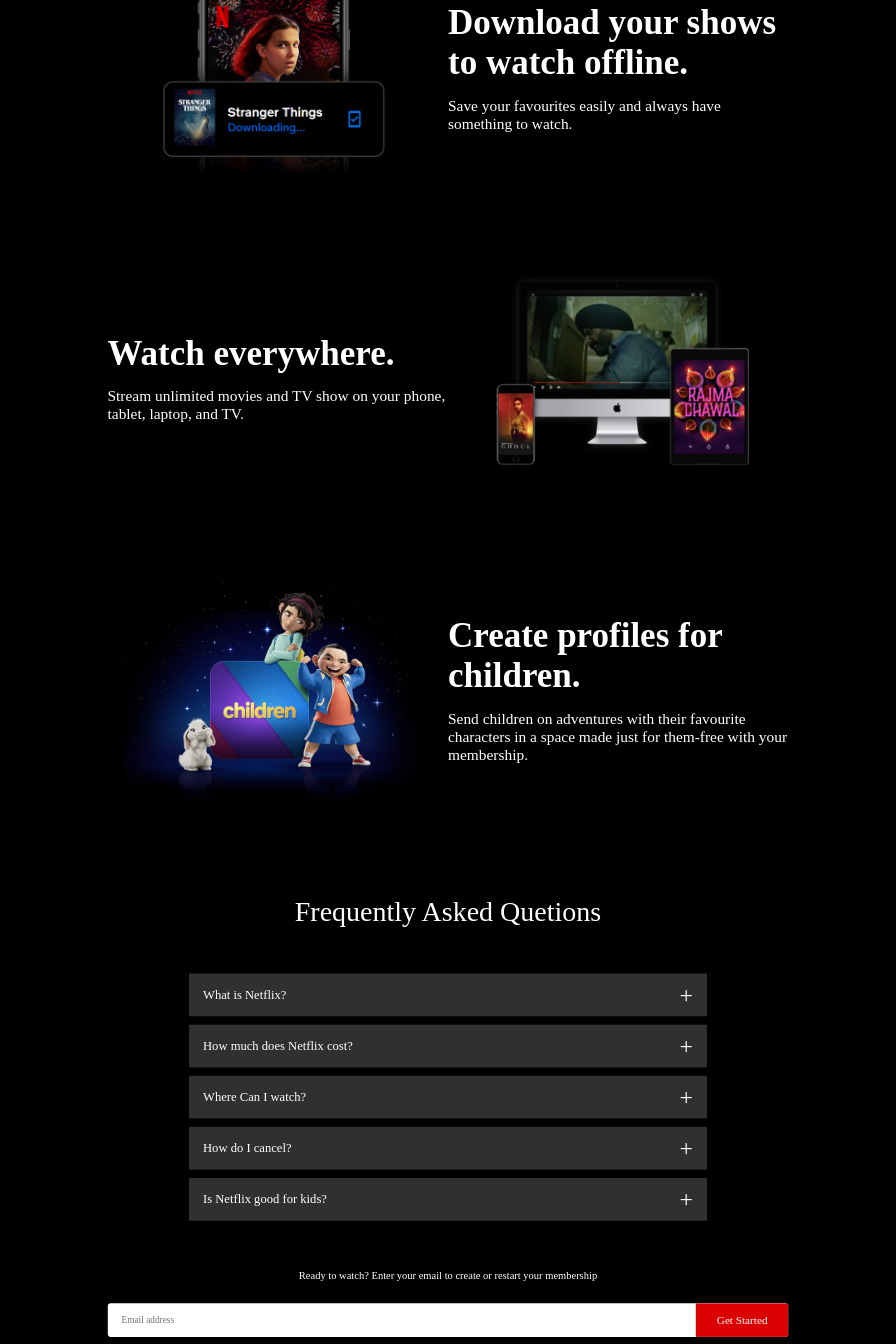
Repository: kiranjeetkaur01/netflixclone.github.io
Page: index.html
The author's editor kept a copy of each file at every save. The page is drawn from the files as they stood at one save, then again after the next save.
The browser window is 1280 px wide. The pictures show the part of the page from y = 1337 to 3257 px (the page is 3257 px tall), at 70% of full size.

Above is the page before, as saved 2023-09-11 18:35:47.

### index.html
<!DOCTYPE html>
<html lang="en">
<head>
    <meta charset="UTF-8">
    <meta name="viewport" content="width=device-width, initial-scale=1.0">
    <title>Netflix Clone</title>
    <link rel="stylesheet" href="style.css">
</head>
<body>
   <div class="header">
<nav>
    <img src="./logo.png" alt="" class="logo">
    <div>
        <button class="language-btn">English <img src="./down-icon.png" alt=""></button>
        <button>Sign In</button>
    </div>
</nav>
<div class="header-content">
    <h1>Laughter. &nbsp;Tears.&nbsp; Thrills.&nbsp; Find it all on <br>Netflix.</h1>
    <h3>Watch anywhere. Cancel anytime.</h3>
    <p>Ready to watch? Enter your email to create or restart your membership.</p>
    <form class="email-signup">
        <input type="email" placeholder="Email address" required>
        <button type="submit">Get Started</button>
    </form>

</div>
   </div>
   <div class="features">
    <div class="row">
        <div class="text-col">
            <h2>Enjoy on your TV</h2>
            <P>Watch on smart TVs,PlayStation,Xbox,Chromecast,Apple TV,blu-ray players and more.</P>
        </div>
        <div class="img-col">
            <img src="./feature-1.png" alt="">
        </div>
    </div>
    <div class="row">
        <div class="img-col">
            <img src="./feature-2.png" alt="">
        </div>
        <div class="text-col">
            <h2>Download your shows to watch offline.</h2>
            <P>Save your favourites easily and always have something to watch.</P>
        </div>

    </div>
    <div class="row">
        <div class="text-col">
            <h2>Watch everywhere.</h2>
            <P>Stream unlimited movies and TV show on your phone, tablet, laptop, and TV.</P>
        </div>
        <div class="img-col">
            <img src="./feature-3.png" alt="">
        </div>
    </div>
    <div class="row">
        <div class="img-col">
            <img src="./feature-4.png" alt="">
        </div>
        <div class="text-col">
            <h2>Create profiles for children.</h2>
            <P>Send children on adventures with their favourite characters in a space made just for them-free with your membership.</P>
        </div>

    </div>
   </div>
   <div class="faq">
    <h2>Frequently Asked Quetions</h2>
    <ul class="accordion">
<li>
    <input type="radio" name="accordion" id="first">
    <label for="first">What is Netflix?</label>
    <div class="content">
        <p>Lorem ipsum dolor sit amet consectetur adipisicing elit. Asperiores a fuga, fugiat doloribus maiores earum porro rerum consequuntur eos dolores sint praesentium, facilis laudantium quos? Sit magni accusantium delectus minus in odit perferendis provident porro?</p>
    </div>
</li>
<li>
    <input type="radio" name="accordion" id="second">
    <label for="second">How much does Netflix cost?</label>
    <div class="content">
        <p>Lorem ipsum dolor sit amet consectetur adipisicing elit. Asperiores a fuga, fugiat doloribus maiores earum porro rerum consequuntur eos dolores sint praesentium, facilis laudantium quos? Sit magni accusantium delectus minus in odit perferendis provident porro?</p>
    </div>
</li>
<li>
    <input type="radio" name="accordion" id="third">
    <label for="third">Where Can I watch?</label>
    <div class="content">
        <p>Lorem ipsum dolor sit amet consectetur adipisicing elit. Asperiores a fuga, fugiat doloribus maiores earum porro rerum consequuntur eos dolores sint praesentium, facilis laudantium quos? Sit magni accusantium delectus minus in odit perferendis provident porro?</p>
    </div>
</li>
<li>
    <input type="radio" name="accordion" id="fourth">
    <label for="fourth">How do I cancel?</label>
    <div class="content">
        <p>Lorem ipsum dolor sit amet consectetur adipisicing elit. Asperiores a fuga, fugiat doloribus maiores earum porro rerum consequuntur eos dolores sint praesentium, facilis laudantium quos? Sit magni accusantium delectus minus in odit perferendis provident porro?</p>
    </div>
</li>
<li>
    <input type="radio" name="accordion" id="sixth">
    <label for="sixth">Is Netflix good for kids?</label>
    <div class="content">
        <p>Lorem ipsum dolor sit amet consectetur adipisicing elit. Asperiores a fuga, fugiat doloribus maiores earum porro rerum consequuntur eos dolores sint praesentium, facilis laudantium quos? Sit magni accusantium delectus minus in odit perferendis provident porro?</p>
    </div>
</li>
</ul>
<small>Ready to watch? Enter your email to create or restart your membership</small>
<form class="email-signup">
    <input type="email" placeholder="Email address" required>
    <button type="submit">Get Started</button>
</form>
   </div>
</body>
</html>

### style.css
*{
    margin: 0;
    padding: 0;
    box-sizing: border-box;
    font-family: gilroy;
}
html,body{
    height: 100%;
    width: 100%;
}
body{
    background: #000;
    color: #fff;
}
.header{
    width: 100%;
    height: 100vh;
    background-image: linear-gradient(rgba(0,0,0,0.7),rgba(0,0,0,0.7)),url(./bg.jpg);
    background-size: cover;
    background-position: center;
    padding: 10px 8%;
    position: relative;
}
nav{
    display: flex;
    align-items: center;
    justify-content: space-between;
    padding: 10px 0;
}
.logo{
    width: 140px;
    cursor: pointer;
}
nav button{
    border: 0;
    outline: 0;
    background: #db0001;
    color: #fff;
    padding: 7px 20px;
    font-size: 12px;
    border-radius: 4px;
    margin-left: 10px;
    cursor: pointer;
}
.language-btn{
    display: inline-flex;
    align-items: center;
    background: transparent;
    border: 1px solid #fff;
    padding: 7px 10px;
}
.language-btn img{
    width: 10px;
    margin-left: 10px;
}

.header-content{
    position: absolute;
    top: 50%;
    left: 50%;
    transform: translate(-50%,-50%);
    text-align: center;
    margin-top: 60px;
}
.header-content h1{
    font-size: 35px;
    line-height: 40px;
    font-weight: 600;
    letter-spacing: 1px;
    max-width: 680px;
}
.header-content h3{
    font-weight: 400;
    margin-bottom: 20px;
}
.email-signup{
    background: #fff;
    border-radius: 4px;
display: flex;
align-items: center;
margin-top: 30px;
overflow: hidden;
}
.email-signup input{
    flex: 1;
    border: 0;
    outline: 0;
    margin-left: 20px;
}
.email-signup button{
    background: #db0001;
    border: 0;
    outline: 0;
    color: #fff;
    font-size: 16px;
    cursor: pointer;
    padding: 15px 30px;
}
/* --------features---------- */
.features{
    padding: 50px 12%;
    font-size: 22px;
}
.row{
    display: flex;
    width: 100%;
    align-items: center;
    flex-wrap: wrap;
    padding: 50px 0;
}
.text-col{
    flex-basis: 50%;
    margin-bottom: 20px;
}
.img-col{
    flex-basis: 50%;
    margin-bottom: 20px;
}
.img-col img{
    display: block;
    width: 90%;
    margin: auto;

}
.features h2{
    font-size: 50px;
    font-weight: 600;
    margin-bottom: 20px;
}
/* ----------------FAQ------------- */
.faq{
    padding: 10px 12%;
    text-align: center;
    font-size: 18px;
}
.faq h2{
    font-weight: 500;
    font-size: 40px;
}
.accordion{
    margin: 60px auto;
    width: 100%;
    max-width: 750px;
}
.accordion li{
    list-style: none;
    width: 100%;
    padding: 5px;
}
.accordion li label{
    display: flex;
    align-items: center;
    padding: 20px;
    font-size: 18px;
    font-weight: 500;
    background: #303030;
    margin-bottom: 2px;
    cursor: pointer;
    position: relative;
}
label::after{
    content:'+';
    font-size: 34px;
    position: absolute;
    right: 20px;
    transition: transform 0.5s;
}
input[type="radio"]{
    display: none;
}
.accordion .content{
    background: #303030;
    text-align: left;
    padding: 0 20px;
    max-height: 0;
    overflow: hidden;
    transition: max-height 0.5s,padding 0.5s;

}
.accordion input[type="radio"]:checked + label + .content{
    max-height: 600px;
    padding: 30px 20px;
}
.accordion input[type="radio"]:checked + label::after{
    transform: rotate(135deg);
}
.faq .email-signup

After the next save:
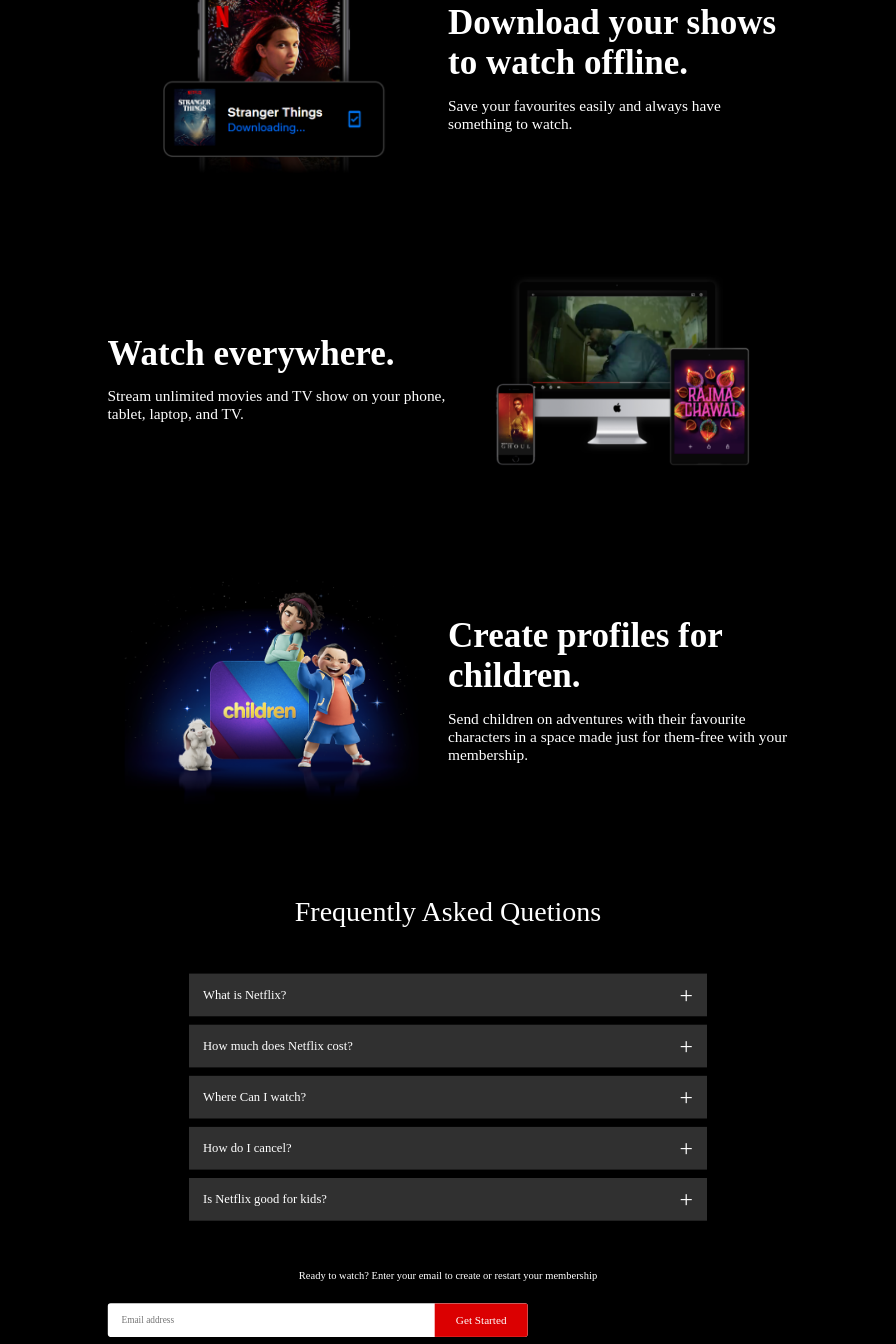
Saved 6 s later.
--- a/style.css
+++ b/style.css
@@ -184,4 +184,6 @@
 .accordion input[type="radio"]:checked + label::after{
     transform: rotate(135deg);
 }
-.faq .email-signup
+.faq .email-signup{
+    max-width: 600px;
+}
